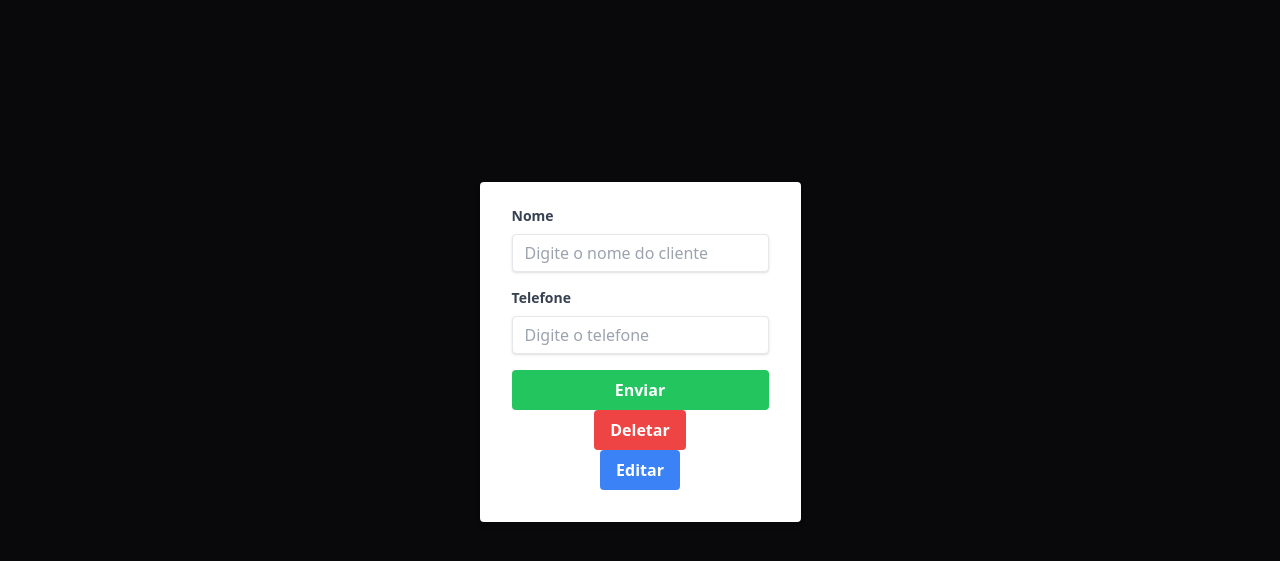
Repository: Gstxxx/sales-manager-laravel
Page: http://localhost/
An editor plug-in stored every save of this project. The page is shown before and after the next save, followed by the edit.
The browser window is 1280 px wide. The pictures show the whole page.
The page is served by the project's Laravel application, run on PHP 8.4 with Laravel 12. Style sheets and scripts are compiled from the project's sources, by tool versions that may differ from the author's.

Above is the page before, as saved 2024-06-09 03:17:19.

After the next save:
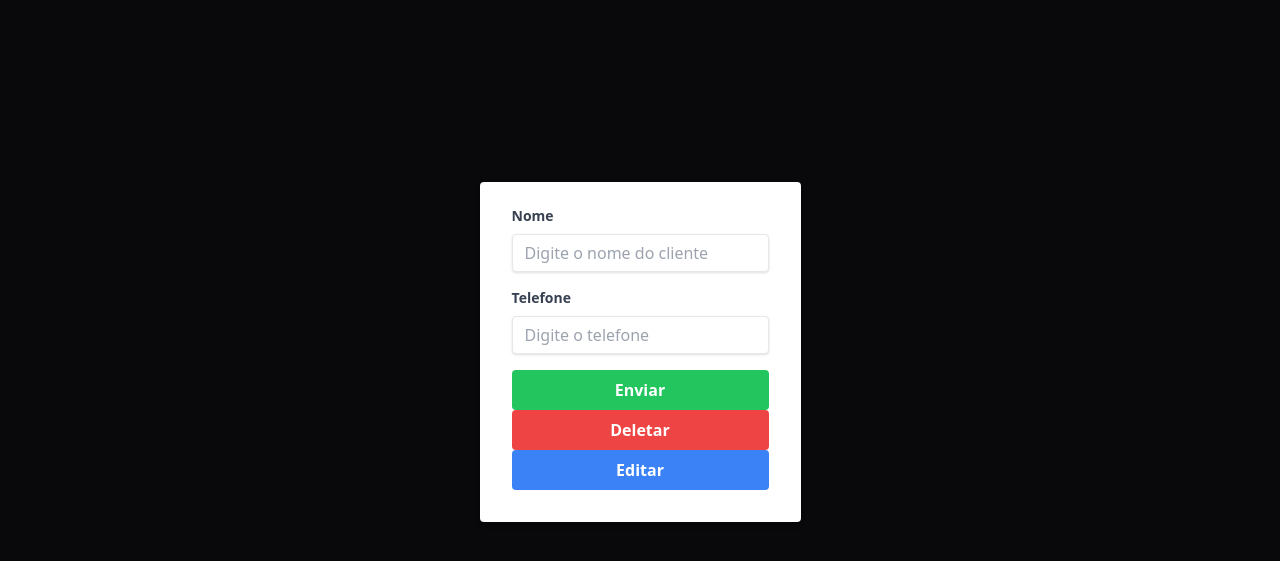
Saved 6 s later.
--- a/resources/views/home.blade.php
+++ b/resources/views/home.blade.php
@@ -38,12 +38,12 @@
                     Enviar
                 </button>
                 <button
-                    class="bg-red-500 hover:bg-red-700 text-white font-bold py-2 px-4 rounded focus:outline-none focus:shadow-outline"
+                    class="bg-red-500 hover:bg-red-700 text-white font-bold w-full py-2 px-4 rounded focus:outline-none focus:shadow-outline"
                     type="submit" formaction="/removeClient">
                     Deletar
                 </button>
                 <button
-                    class="bg-blue-500 hover:bg-blue-700 text-white font-bold py-2 px-4 rounded focus:outline-none focus:shadow-outline"
+                    class="bg-blue-500 hover:bg-blue-700 text-white font-bold w-full py-2 px-4 rounded focus:outline-none focus:shadow-outline"
                     type="submit" formaction="/editClient">
                     Editar
                 </button>
